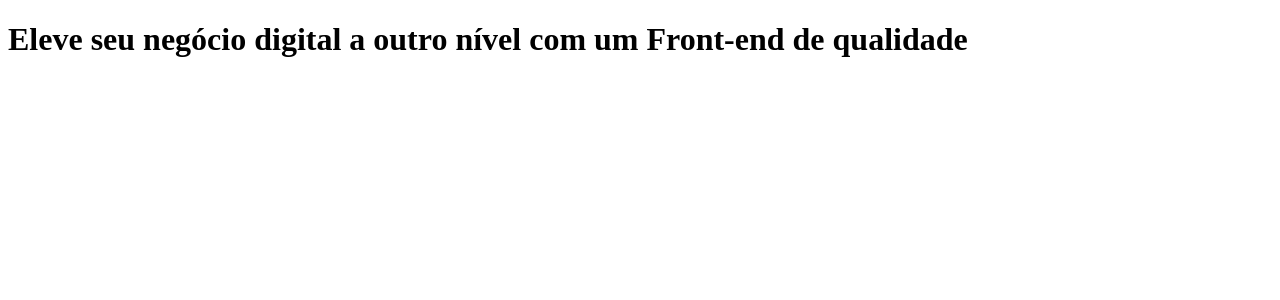
Repository: phsmottanerd/projeto-portfolio-alura
Page: index.html
An editor plug-in stored every save of this project. The page is shown before and after the next save, followed by the edit.
The browser window is 1280 px wide. The pictures show the whole page.

Above is the page before, as saved 2025-01-13 14:32:41.

After the next save:
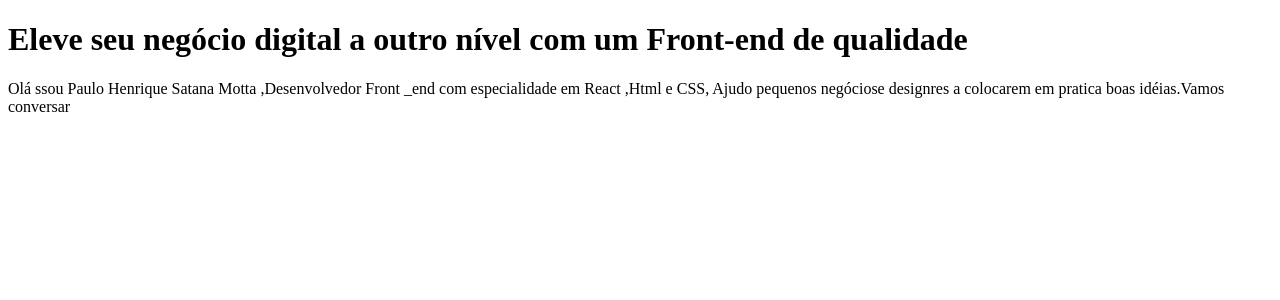
Saved 8 min 42 s later.
--- a/index.html
+++ b/index.html
@@ -9,6 +9,11 @@
     <header></header>
     <main>
         <h1> Eleve seu negócio digital a outro nível com <strong> um Front-end de qualidade</strong></h1>
+    <p>Olá ssou Paulo Henrique Satana Motta ,Desenvolvedor Front _end
+         com especialidade em React ,Html e CSS, Ajudo pequenos negóciose designres a colocarem em pratica boas
+         idéias.Vamos conversar <strong>
+    </strong></p>
+
     </main>
     <footer></footer>
 </body>
